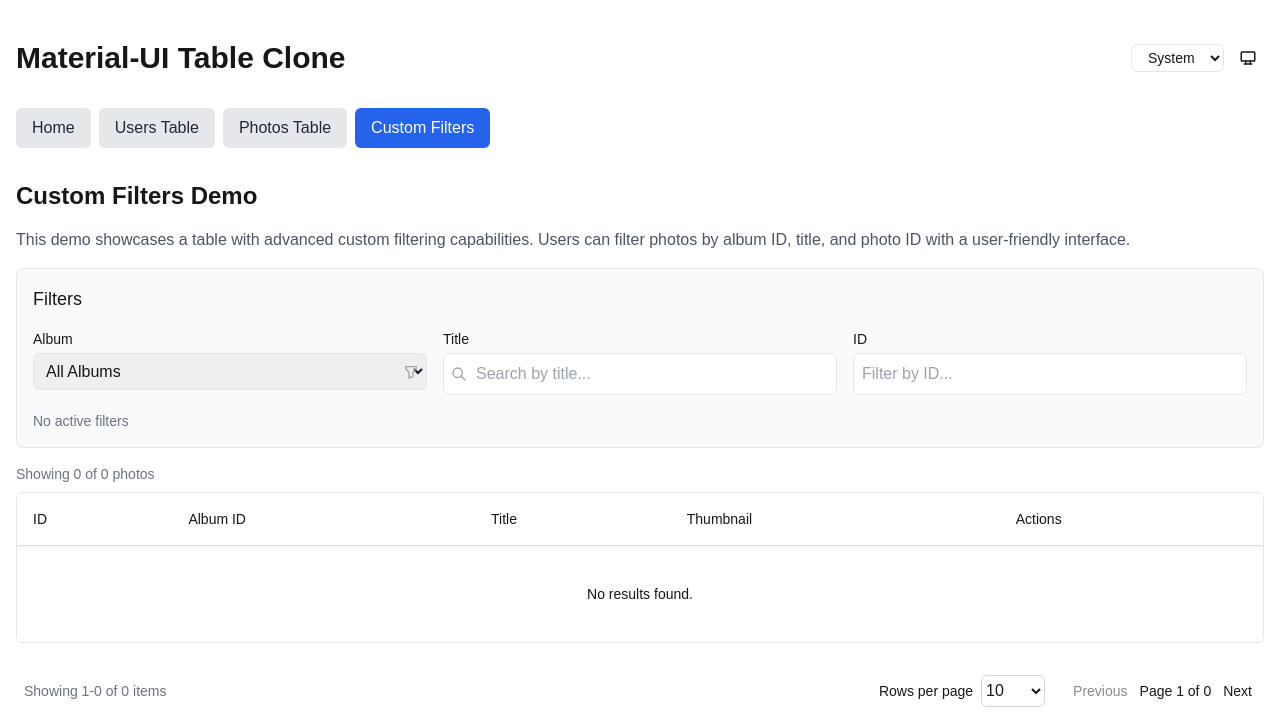
Repository: Dvirco1234/mini-mui-table
Page: /custom-filters
An editor plug-in stored every save of this project. The page is shown before and after the next save, followed by the edit.
The browser window is 1280 px wide. The pictures show the whole page.
The page's requests for data from a server got no answer. The project was rebuilt for these pictures with package versions that can differ from the ones it lists, and the page was loaded fresh each time. The framework's server and built-in components were replaced by stand-ins that run in the browser. No one was signed in, and anything a server would have sent is missing. Also part of the build but not shown: next.config.ts, src/components/ui/table/TableFilters.tsx, src/components/ui/table/TableSorters.tsx.

Above is the page before, as saved 2025-03-03 19:44:08.

### src/app/layout.tsx
import type { Metadata } from "next";
import { Geist, Geist_Mono } from "next/font/google";
import "./globals.css";
import { ThemeProvider } from "@/components/theme/ThemeProvider";
import { Navigation } from "@/components/layout/Navigation";

const geistSans = Geist({
  variable: "--font-geist-sans",
  subsets: ["latin"],
});

const geistMono = Geist_Mono({
  variable: "--font-geist-mono",
  subsets: ["latin"],
});

export const metadata: Metadata = {
  title: "Create Next App",
  description: "Generated by create next app",
};

export default function RootLayout({
  children,
}: Readonly<{
  children: React.ReactNode;
}>) {
  return (
    <html lang="en" className="h-screen overflow-hidden">
      <body
        className={`${geistSans.variable} ${geistMono.variable} antialiased h-full max-h-screen`}
      >
        <ThemeProvider defaultTheme="system" storageKey="mini-mui-table-theme">
          <main className="h-screen">
            <div className="mx-auto py-10 px-4 h-full flex flex-col">
              <Navigation />
              {children}
            </div>
          </main>
        </ThemeProvider>
      </body>
    </html>
  );
}

### src/app/custom-filters/page.tsx
import { CustomFiltersDemo } from "@/components/demo/CustomFiltersDemo";

export default function CustomFiltersPage() {
  return (
    <div className="space-y-4">
      <h2 className="text-2xl font-bold">Custom Filters Demo</h2>
      <p className="text-gray-600 dark:text-gray-300">
        This demo showcases a table with advanced custom filtering capabilities.
        Users can filter photos by album ID, title, and photo ID with a user-friendly interface.
      </p>
      <div className="flex-1">
        <CustomFiltersDemo />
      </div>
    </div>
  );
}

### src/components/theme/ThemeProvider.tsx
'use client';

import { createContext, useContext, useEffect, useState } from 'react';

type Theme = 'dark' | 'light' | 'system';

type ThemeProviderProps = {
  children: React.ReactNode;
  defaultTheme?: Theme;
  storageKey?: string;
};

type ThemeProviderState = {
  theme: Theme;
  setTheme: (theme: Theme) => void;
};

const initialState: ThemeProviderState = {
  theme: 'system',
  setTheme: () => null,
};

const ThemeProviderContext = createContext<ThemeProviderState>(initialState);

export function ThemeProvider({
  children,
  defaultTheme = 'system',
  storageKey = 'mini-mui-table-theme',
  ...props
}: ThemeProviderProps) {
  const [theme, setTheme] = useState<Theme>(defaultTheme);

  useEffect(() => {
    const savedTheme = localStorage.getItem(storageKey) as Theme | null;

    if (savedTheme) {
      setTheme(savedTheme);
    }
  }, [storageKey]);

  useEffect(() => {
    const root = window.document.documentElement;

    root.classList.remove('light', 'dark');

    if (theme === 'system') {
      const systemTheme = window.matchMedia('(prefers-color-scheme: dark)')
        .matches
        ? 'dark'
        : 'light';

      root.classList.add(systemTheme);
      return;
    }

    root.classList.add(theme);
  }, [theme]);

  const value = {
    theme,
    setTheme: (theme: Theme) => {
      localStorage.setItem(storageKey, theme);
      setTheme(theme);
    },
  };

  return (
    <ThemeProviderContext.Provider {...props} value={value}>
      {children}
    </ThemeProviderContext.Provider>
  );
}

export const useTheme = () => {
  const context = useContext(ThemeProviderContext);

  if (context === undefined) {
    throw new Error('useTheme must be used within a ThemeProvider');
  }

  return context;
};

### src/components/layout/Navigation.tsx
"use client";

import Link from "next/link";
import { usePathname } from "next/navigation";
import { ThemeToggle } from "@/components/theme/ThemeToggle";

const navItems = [
  { name: "Home", path: "/" },
  { name: "Users Table", path: "/users" },
  { name: "Photos Table", path: "/photos" },
  { name: "Custom Filters", path: "/custom-filters" },
];

export function Navigation() {
  const pathname = usePathname();

  return (
    <div className="w-full">
      <div className="flex justify-between items-center mb-8">
        <h1 className="text-3xl font-bold">Material-UI Table Clone</h1>
        <ThemeToggle />
      </div>

      <nav className="mb-8">
        <ul className="flex flex-wrap gap-2">
          {navItems.map((item) => (
            <li key={item.path}>
              <Link
                href={item.path}
                className={`px-4 py-2 rounded-md inline-block transition-colors ${
                  pathname === item.path
                    ? "bg-blue-600 text-white"
                    : "bg-gray-200 text-gray-800 hover:bg-gray-300 dark:bg-gray-700 dark:text-gray-200 dark:hover:bg-gray-600"
                }`}
              >
                {item.name}
              </Link>
            </li>
          ))}
        </ul>
      </nav>
    </div>
  );
}

### src/components/demo/CustomFiltersDemo.tsx
"use client";

import { useState, useEffect } from "react";
import { Table } from "@/components/ui/table";
import { Columns } from "@/types";
import { CustomFilters } from "./CustomFilters";

// Define the Photo type based on JSONPlaceholder API
interface Photo {
  id: number;
  albumId: number;
  title: string;
  url: string;
  thumbnailUrl: string;
}

export function CustomFiltersDemo() {
  // State for photos data
  const [photos, setPhotos] = useState<Photo[]>([]);
  const [filteredPhotos, setFilteredPhotos] = useState<Photo[]>([]);
  const [loading, setLoading] = useState(true);
  const [uniqueAlbumIds, setUniqueAlbumIds] = useState<number[]>([]);

  // Filter state
  const [filters, setFilters] = useState<{
    albumId?: string;
    title?: string;
    id?: string;
  }>({});

  // Pagination state
  const [currentPage, setCurrentPage] = useState(1);
  const [pageSize, setPageSize] = useState(10);

  // Fetch photos from JSONPlaceholder API
  useEffect(() => {
    const fetchPhotos = async () => {
      setLoading(true);
      try {
        const response = await fetch(
          "https://jsonplaceholder.typicode.com/photos"
        );
        const data: Photo[] = await response.json();
        setPhotos(data);

        // Extract unique album IDs
        const albumIds = [...new Set(data.map((photo) => photo.albumId))].sort(
          (a, b) => a - b
        );
        setUniqueAlbumIds(albumIds);

        setLoading(false);
      } catch (error) {
        console.error("Error fetching photos:", error);
        setLoading(false);
      }
    };

    fetchPhotos();
  }, []);

  // Apply filters
  useEffect(() => {
    let result = [...photos];

    // Apply album filter
    if (filters.albumId) {
      result = result.filter(
        (photo) => photo.albumId.toString() === filters.albumId
      );
    }

    // Apply title filter
    if (filters.title) {
      result = result.filter((photo) =>
        photo.title.toLowerCase().includes(filters.title!.toLowerCase())
      );
    }

    // Apply ID filter
    if (filters.id) {
      result = result.filter((photo) =>
        photo.id.toString().includes(filters.id!)
      );
    }

    setFilteredPhotos(result);
    setCurrentPage(1); // Reset to first page when filters change
  }, [photos, filters]);

  // Handle filter changes
  const handleFiltersChange = (newFilters: {
    albumId?: string;
    title?: string;
    id?: string;
  }) => {
    setFilters(newFilters);
  };

  // Handle page change
  const handlePageChange = (page: number) => {
    setCurrentPage(page);
  };

  // Handle page size change
  const handlePageSizeChange = (size: number) => {
    setPageSize(size);
    setCurrentPage(1);
  };

  // Get current page data
  const getCurrentPageData = () => {
    const startIndex = (currentPage - 1) * pageSize;
    const endIndex = startIndex + pageSize;
    return filteredPhotos.slice(startIndex, endIndex);
  };

  // Define columns for the table
  const columns: Columns<Photo> = [
    { id: "id", label: "ID", sortable: true },
    { id: "albumId", label: "Album ID", sortable: true },
    { id: "title", label: "Title", sortable: true, width: "40%" },
    {
      id: "thumbnail",
      label: "Thumbnail",
      render: (photo: Photo) => (
        <div className="flex justify-center">
          <img
            src={photo.thumbnailUrl}
            alt={photo.title}
            className="w-12 h-12 object-cover rounded-md"
            loading="lazy"
          />
        </div>
      ),
    },
    {
      id: "actions",
      label: "Actions",
      render: (photo: Photo) => (
        <div className="flex justify-center space-x-2">
          <a
            href={photo.url}
            target="_blank"
            rel="noopener noreferrer"
            className="px-2 py-1 bg-blue-500 text-white rounded-md text-xs hover:bg-blue-600 transition-colors"
          >
            View
          </a>
        </div>
      ),
    },
  ];

  return (
    <>
      {/* <h2 className="text-2xl font-bold mb-4">Custom Filters Demo</h2> */}

      {/* Table */}
      <Table<Photo>
        data={getCurrentPageData()}
        columns={columns}
        loading={loading}
        // Pagination props
        pagination={true}
        currentPage={currentPage}
        pageSize={pageSize}
        totalItems={filteredPhotos.length}
        onPageChange={handlePageChange}
        onPageSizeChange={handlePageSizeChange}
        pageSizeOptions={[5, 10, 25, 50]}
        bordered={true}
        className="w-full"
        slots={{
          customFilters: (
            <>
              {/* Custom Filters */}
              <CustomFilters
                onFiltersChange={handleFiltersChange}
                filters={filters}
                albumIds={uniqueAlbumIds}
              />

              {/* Filter Stats */}
              <div className="text-sm text-gray-500 mb-2">
                Showing {filteredPhotos.length} of {photos.length} photos
              </div>
            </>
          ),
        }}
      />
    </>
  );
}

### src/components/theme/ThemeToggle.tsx
"use client";

import { useTheme } from "./ThemeProvider";
import { IconMoon, IconSun, IconDeviceDesktop } from "@tabler/icons-react";

export function ThemeToggle() {
  const { theme, setTheme } = useTheme();

  return (
    <div className="flex items-center space-x-2">
      <select
        value={theme}
        onChange={(e) => setTheme(e.target.value)}
        className="bg-background border rounded-md px-3 py-1 text-sm focus:outline-none focus:ring-2 focus:ring-primary"
      >
        <option value="light">Light</option>
        <option value="dark">Dark</option>
        <option value="system">System</option>
      </select>

      <div className="flex items-center justify-center w-8 h-8">
        {theme === "light" && <IconSun size={18} />}
        {theme === "dark" && <IconMoon size={18} />}
        {theme === "system" && <IconDeviceDesktop size={18} />}
      </div>
    </div>
  );
}

### src/components/ui/table/index.ts
export * from './Table';
export * from './TableHead';
export * from './TableBody';
export * from './TableRow';
export * from './TableCell';
export * from './TablePagination';
export * from './TableFilters';
export * from './TableSorters';

### src/components/demo/CustomFilters.tsx
import { IconFilter, IconSearch, IconX } from "@tabler/icons-react";

export function CustomFilters({
  onFiltersChange,
  filters,
  albumIds,
}: {
  onFiltersChange: (filters: {
    albumId?: string;
    title?: string;
    id?: string;
  }) => void;
  filters: { albumId?: string; title?: string; id?: string };
  albumIds: number[];
}) {
  const handleFilterChange = (key: string, value: string) => {
    onFiltersChange({
      ...filters,
      [key]: value,
    });
  };

  const clearFilters = () => {
    onFiltersChange({});
  };

  return (
    <div className="mb-4 p-4 border rounded-md bg-gray-50 dark:bg-gray-800">
      <div className="flex items-center justify-between mb-4">
        <h3 className="text-lg font-medium">Filters</h3>
        {(filters.albumId || filters.title || filters.id) && (
          <button
            onClick={clearFilters}
            className="flex items-center text-sm text-red-500 hover:text-red-700"
          >
            <IconX size={16} className="mr-1" />
            Clear All
          </button>
        )}
      </div>

      <div className="grid grid-cols-1 md:grid-cols-3 gap-4">
        {/* Album Filter */}
        <div>
          <label
            htmlFor="album-filter"
            className="block text-sm font-medium mb-1"
          >
            Album
          </label>
          <div className="relative">
            <select
              id="album-filter"
              value={filters.albumId || ""}
              onChange={(e) => handleFilterChange("albumId", e.target.value)}
              className="w-full p-2 border rounded-md pr-8 focus:outline-none focus:ring-2 focus:ring-blue-500 dark:bg-gray-700 dark:border-gray-600"
            >
              <option value="">All Albums</option>
              {albumIds.map((id) => (
                <option key={id} value={id.toString()}>
                  Album {id}
                </option>
              ))}
            </select>
            <div className="absolute inset-y-0 right-0 flex items-center pr-2 pointer-events-none">
              <IconFilter size={16} className="text-gray-400" />
            </div>
          </div>
        </div>

        {/* Title Filter */}
        <div>
          <label
            htmlFor="title-filter"
            className="block text-sm font-medium mb-1"
          >
            Title
          </label>
          <div className="relative">
            <input
              id="title-filter"
              type="text"
              placeholder="Search by title..."
              value={filters.title || ""}
              onChange={(e) => handleFilterChange("title", e.target.value)}
              className="w-full p-2 border rounded-md pl-8 focus:outline-none focus:ring-2 focus:ring-blue-500 dark:bg-gray-700 dark:border-gray-600"
            />
            <div className="absolute inset-y-0 left-0 flex items-center pl-2 pointer-events-none">
              <IconSearch size={16} className="text-gray-400" />
            </div>
          </div>
        </div>

        {/* ID Filter */}
        <div>
          <label htmlFor="id-filter" className="block text-sm font-medium mb-1">
            ID
          </label>
          <div className="relative">
            <input
              id="id-filter"
              type="number"
              placeholder="Filter by ID..."
              value={filters.id || ""}
              onChange={(e) => handleFilterChange("id", e.target.value)}
              className="w-full p-2 border rounded-md focus:outline-none focus:ring-2 focus:ring-blue-500 dark:bg-gray-700 dark:border-gray-600"
            />
          </div>
        </div>
      </div>

      <div className="mt-4 text-sm text-gray-500">
        {filters.albumId || filters.title || filters.id ? (
          <div className="flex flex-wrap gap-2">
            <span>Active filters:</span>
            {filters.albumId && (
              <span className="px-2 py-1 bg-blue-100 text-blue-800 rounded-md flex items-center">
                Album: {filters.albumId}
                <button
                  onClick={() => handleFilterChange("albumId", "")}
                  className="ml-1 text-blue-500 hover:text-blue-700"
                >
                  <IconX size={14} />
                </button>
              </span>
            )}
            {filters.title && (
              <span className="px-2 py-1 bg-blue-100 text-blue-800 rounded-md flex items-center">
                Title: {filters.title}
                <button
                  onClick={() => handleFilterChange("title", "")}
                  className="ml-1 text-blue-500 hover:text-blue-700"
                >
                  <IconX size={14} />
                </button>
              </span>
            )}
            {filters.id && (
              <span className="px-2 py-1 bg-blue-100 text-blue-800 rounded-md flex items-center">
                ID: {filters.id}
                <button
                  onClick={() => handleFilterChange("id", "")}
                  className="ml-1 text-blue-500 hover:text-blue-700"
                >
                  <IconX size={14} />
                </button>
              </span>
            )}
          </div>
        ) : (
          <span>No active filters</span>
        )}
      </div>
    </div>
  );
}

### src/components/ui/table/TableHead.tsx
import React, { forwardRef } from 'react';
import { cn } from '@/lib/utils';

export interface TableHeadProps extends React.HTMLAttributes<HTMLTableSectionElement> {
  children: React.ReactNode;
}

const TableHead = forwardRef<HTMLTableSectionElement, TableHeadProps>(
  ({ className, ...props }, ref) => {
    return (
      <thead
        ref={ref}
        className={cn("shadow-sm sticky top-0 bg-background", className)}
        {...props}
      />
    );
  }
);

TableHead.displayName = "TableHead";

export { TableHead };

### src/components/ui/table/TableBody.tsx
import React, { forwardRef } from 'react';
import { cn } from '@/lib/utils';

export interface TableBodyProps extends React.HTMLAttributes<HTMLTableSectionElement> {
  children: React.ReactNode;
}

const TableBody = forwardRef<HTMLTableSectionElement, TableBodyProps>(
  ({ className, ...props }, ref) => {
    return (
      <tbody
        ref={ref}
        className={cn("[&_tr:last-child]:border-0", className)}
        {...props}
      />
    );
  }
);

TableBody.displayName = "TableBody";

export { TableBody };

### src/components/ui/table/TableRow.tsx
import React, { forwardRef } from "react";
import { cn } from "@/lib/utils";

export interface TableRowProps
  extends React.HTMLAttributes<HTMLTableRowElement> {
  children: React.ReactNode;
  rowHeight?: number | string;
}

const TableRow = forwardRef<HTMLTableRowElement, TableRowProps>(
  ({ className, rowHeight, ...props }, ref) => {
    return (
      <tr
        ref={ref}
        className={cn(
          "border-b transition-colors hover:bg-muted/50 data-[state=selected]:bg-muted",
          className
        )}
        style={{
          height: rowHeight ? (typeof rowHeight === 'number' ? `${rowHeight}px` : rowHeight) : 'auto'
        }}
        {...props}
      />
    );
  }
);

TableRow.displayName = "TableRow";

export { TableRow };

### src/components/ui/table/TableCell.tsx
import React, { forwardRef } from 'react';
import { cn } from '@/lib/utils';

export interface TableCellProps extends React.TdHTMLAttributes<HTMLTableCellElement> {
  children: React.ReactNode;
}

const TableCell = forwardRef<HTMLTableCellElement, TableCellProps>(
  ({ className, ...props }, ref) => {
    return (
      <td
        ref={ref}
        className={cn("p-4 align-middle [&:has([role=checkbox])]:pr-0 group", className)}
        {...props}
      />
    );
  }
);

TableCell.displayName = "TableCell";

export { TableCell };

### src/components/ui/table/TablePagination.tsx
import React from 'react';
import { cn } from '@/lib/utils';

export interface TablePaginationProps {
  currentPage: number;
  totalPages: number;
  pageSize: number;
  totalItems: number;
  onPageChange: (page: number) => void;
  onPageSizeChange?: (pageSize: number) => void;
  pageSizeOptions?: number[];
  className?: string;
}

const TablePagination: React.FC<TablePaginationProps> = ({
  currentPage,
  totalPages,
  pageSize,
  totalItems,
  onPageChange,
  onPageSizeChange,
  pageSizeOptions = [5, 10, 25, 50],
  className,
}) => {
  const startItem = (currentPage - 1) * pageSize + 1;
  const endItem = Math.min(currentPage * pageSize, totalItems);

  return (
    <div className={cn("flex items-center justify-between px-2 py-4", className)}>
      <div className="text-sm text-gray-500">
        Showing {startItem}-{endItem} of {totalItems} items
      </div>
      <div className="flex items-center space-x-6">
        <div className="flex items-center space-x-2">
          <p className="text-sm font-medium">Rows per page</p>
          <select
            className="h-8 w-16 rounded-md border border-gray-300 bg-background outline-none focus:border-blue-500 focus:dark:border-white"
            value={pageSize}
            onChange={(e) => onPageSizeChange?.(Number(e.target.value))}
          >
            {pageSizeOptions.map((option) => (
              <option key={option} value={option}>
                {option}
              </option>
            ))}
          </select>
        </div>
        <div className="flex items-center space-x-2">
          <button
            className="inline-flex items-center justify-center rounded-md p-1 text-sm font-medium transition-colors hover:bg-gray-100 disabled:opacity-50"
            onClick={() => onPageChange(currentPage - 1)}
            disabled={currentPage === 1}
          >
            Previous
          </button>
          <div className="text-sm font-medium">
            Page {currentPage} of {totalPages}
          </div>
          <button
            className="inline-flex items-center justify-center rounded-md p-1 text-sm font-medium transition-colors hover:bg-gray-100 disabled:opacity-50"
            onClick={() => onPageChange(currentPage + 1)}
            disabled={currentPage === totalPages}
          >
            Next
          </button>
        </div>
      </div>
    </div>
  );
};

export { TablePagination };

### tailwind.config.ts
import type { Config } from 'tailwindcss';

const config: Config = {
  darkMode: 'class',
  content: [
    './src/pages/**/*.{js,ts,jsx,tsx,mdx}',
    './src/components/**/*.{js,ts,jsx,tsx,mdx}',
    './src/app/**/*.{js,ts,jsx,tsx,mdx}',
  ],
  theme: {
    extend: {
      colors: {
        background: 'var(--background)',
        foreground: 'var(--foreground)',
        border: {
          DEFAULT: 'hsl(var(--border))',
        },
        input: {
          DEFAULT: 'hsl(var(--input))',
        },
        ring: {
          DEFAULT: 'hsl(var(--ring))',
        },
        muted: {
          DEFAULT: 'hsl(var(--muted))',
          foreground: 'hsl(var(--muted-foreground))',
        },
        accent: {
          DEFAULT: 'hsl(var(--accent))',
          foreground: 'hsl(var(--accent-foreground))',
        },
        primary: {
          DEFAULT: 'hsl(var(--primary))',
          foreground: 'hsl(var(--primary-foreground))',
        },
        secondary: {
          DEFAULT: 'hsl(var(--secondary))',
          foreground: 'hsl(var(--secondary-foreground))',
        },
        destructive: {
          DEFAULT: 'hsl(var(--destructive))',
          foreground: 'hsl(var(--destructive-foreground))',
        },
        card: {
          DEFAULT: 'hsl(var(--card))',
          foreground: 'hsl(var(--card-foreground))',
        },
      },
      fontFamily: {
        sans: ['var(--font-geist-sans)'],
        mono: ['var(--font-geist-mono)'],
      },
    },
  },
  plugins: [],
};

export default config;

Loaded but not shown: src/app/globals.css (common file); src/lib/utils.ts (common file); src/components/ui/table/Table.tsx (225 lines, source omitted)

After the next save:
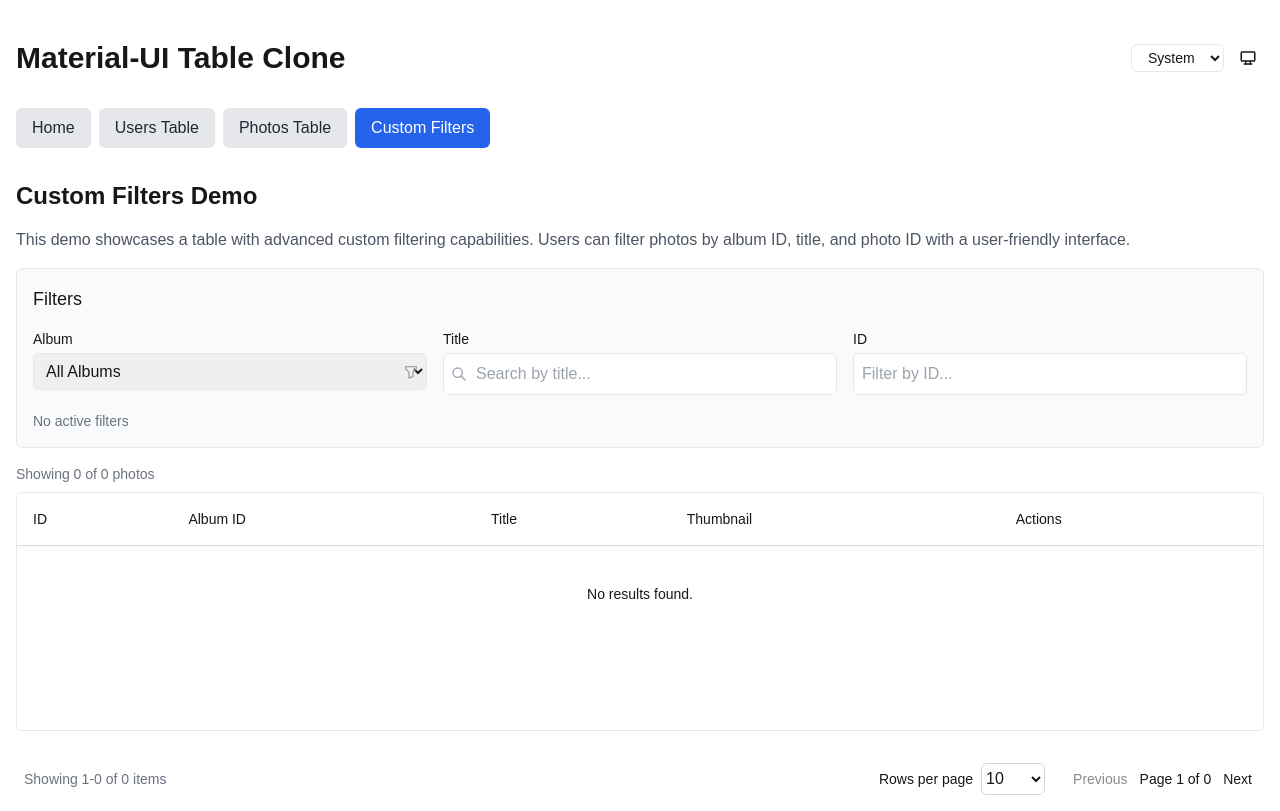
Saved 13 s later.
--- a/src/app/custom-filters/page.tsx
+++ b/src/app/custom-filters/page.tsx
@@ -6,11 +6,10 @@ export default function CustomFiltersPage() {
       <h2 className="text-2xl font-bold">Custom Filters Demo</h2>
       <p className="text-gray-600 dark:text-gray-300">
         This demo showcases a table with advanced custom filtering capabilities.
-        Users can filter photos by album ID, title, and photo ID with a user-friendly interface.
+        Users can filter photos by album ID, title, and photo ID with a
+        user-friendly interface.
       </p>
-      <div className="flex-1">
-        <CustomFiltersDemo />
-      </div>
+      <CustomFiltersDemo />
     </div>
   );
 }
